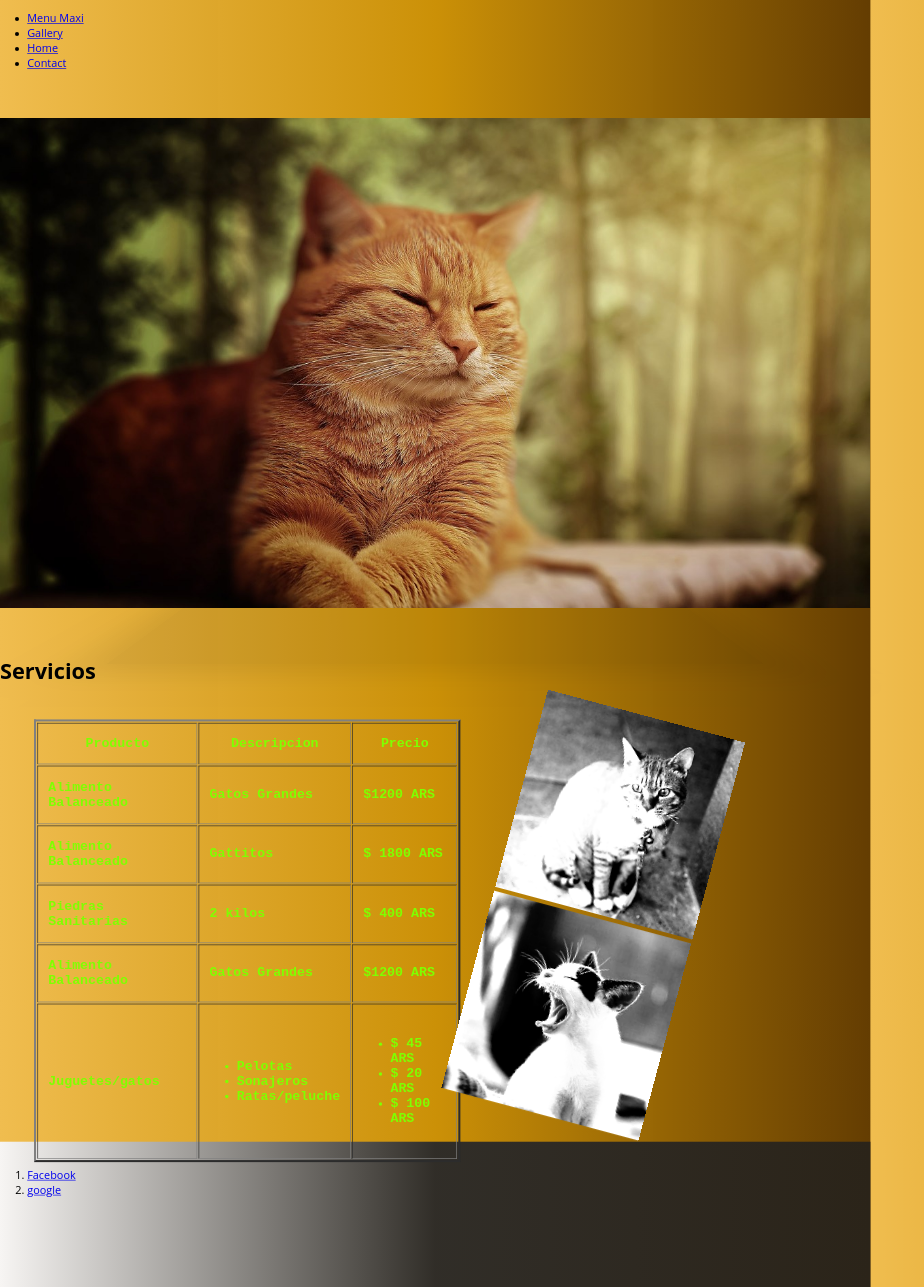
Repository: raul4264/final
Page: Services.html
The author's editor kept a copy of each file at every save. The page is drawn from the files as they stood at one save, then again after the next save.
The browser window is 1280 px wide. The page is 1359 px wide, then 1358 px, so the pictures cover 1359 px, including what lies to the right of the window. The pictures show the whole page, at 68% of full size.
The pointer rests on the first visible `.table`.

Above is the page before, as saved 2021-03-26 11:15:57.

### Services.html
<!DOCTYPE html>
<html lang="en">

<head>
    <meta charset="UTF-8">
    <meta http-equiv="X-UA-Compatible" content="IE=edge">
    <meta name="viewport" content="width=device-width, initial-scale=1.0">
    <title>Services</title>
    <link href="css/services.css" rel="stylesheet" type="text/css">
</head>

<body>
    <header>


        <nav>
            <nav>
                <ul class="uno">
                    <li class="item"><a href="menu_maxi.html">Menu Maxi</a></li>
                    <li class="item"><a href="Gallery.html">Gallery</a></li>
                    <li class="item"><a href="index.html">Home</a></li>
                    <li class="item"><a href="Contact.html">Contact</a></li>
                </ul>

            </nav>

        </nav>

    </header>
    <main>
        <div class="thumb">
            <a href="https://www.google.com/" target="_blank">
                  <span>Tambien visite...</span>
            </a>
      </div>

        <h1>Servicios</h1>
        <section  class="table">

            <table border="3px" cellpadding="15px">
                <tr>
                    <th>Producto</th>
                    <th>Descripcion</th>
                    <th>Precio</th>
                </tr>
                <tr>
                    <td>Alimento Balanceado</td>
                    <td>Gatos Grandes</td>
                    <td> $1200 ARS</td>
                </tr>
                <tr>
                    <td>Alimento Balanceado</td>
                    <td>Gattitos</td>
                    <td>$ 1800 ARS</td>
                </tr>
                <tr>
                    <td>Piedras Sanitarias</td>
                    <td>2 kilos</td>
                    <td>$ 400 ARS</td>
                </tr>
                <tr>
                    <td>Alimento Balanceado</td>
                    <td>Gatos Grandes</td>
                    <td>$1200 ARS</td>
                </tr>
                <tr>
                    <td>Juguetes/gatos</td>
                    <td>
                        <ul>
                            <li>Pelotas</li>
                            <li>Sonajeros</li>
                            <li>Ratas/peluche</li>
                        </ul>
                    </td>
                    <td>
                        <ul>
                            <li>$ 45 ARS</li>
                            <li>$ 20 ARS</li>
                            <li>$ 100 ARS</li>
                        </ul>
                    </td>
                </tr>
            </table>
            <br>
            <figure>
                <img src="images/3.jpg">
                <img src="images/2.jpg">

              </figure>
        </section>




    </main>


        <footer>
            <br>

            <ol>
                <li><a href="http://www.facebook.com" target="blanck">Facebook</a>

                </li>
                <li><a href="http://www.google.com" target="blanck">google</a>

                </li>
            </ol>
            <br>
        </footer>
</body>

</html>

### css/services.css


body{
	margin: 0;
    padding: 0;
    transition:all 3s ease-in-out;
}

img{
    width: 300px;
    filter: contrast(1.8) brightness(1.5) grayscale(1)
}

@import url(https://fonts.googleapis.com/css?family=Open+Sans);


body {

    /* background: linear-gradient(rgb(248, 217, 158), rgb(70, 46, 1)); */
    background: rgb(240,189,79);
background: linear-gradient(90deg, rgba(240,189,79,1) 0%, rgba(203,144,6,0.9948354341736695) 50%, rgb(100, 61, 2) 100%);
    font-family: 'Open Sans', sans-serif;
    height: 100vh;
    margin:0;
}

.thumb {
    width: 100vw;
    height: 100vh;
    margin: 70px auto;
    perspective: 1000px;
    transition:all 3s ease-in-out;
}

.thumb a {
    display: block;
    width: 100%;
    height: 100%;
    background: linear-gradient(rgba(0, 0, 0, 0.4), rgba(0, 0, 0, 0.4)),
		url("../images/1.jpg");
    background-size: 0, cover;
    transform-style: preserve-3d;
    transition: all 0.5s;
}

.thumb:hover a {
    transform: rotateX(80deg);
    transform-origin: bottom;
}
.thumb a:after {
    content: '';
    position: absolute;
    left: 0;
    bottom: 0;
    width: 100%;
    height: 36px;
    background: inherit;
    background-size: cover, cover;
    background-position: bottom;
    transform: rotateX(90deg);
    transform-origin: bottom;
}
.thumb a span {
    color: white;
    text-transform: uppercase;
    position: absolute;
    top: 100%;
    left: 0;
    width: 100%;
    font: bold 12px/36px "Open Sans";
    text-align: center;
    transform: rotateX(-89.99deg);
    transform-origin: top;
    z-index: 1;
}
.thumb a:before {
    content: '';
    position: absolute;
    top: 0;
    left: 0;
    width: 100%;
    height: 100%;
    background: rgba(0, 0, 0, 0.5);
    box-shadow: 0 0 100px 50px rgba(0, 0, 0, 0.5);
    transition: all 0.5s;
    opacity: 0.15;
    transform: rotateX(95deg) translateZ(-80px) scale(0.75);
    transform-origin: bottom;
}

.thumb:hover a:before {
    opacity: 1;
    box-shadow: 0 0 25px 25px rgba(0, 0, 0, 0.5);
    transform: rotateX(0) translateZ(-60px) scale(0.85);
}
.table{
    display: flex;
    transform:translate(50px, 30px) ;
}
.table:hover{
   font-weight: bolder;
   color: chartreuse;
   font-size: 1.5em;
   font-family: monospace;
}
figure{

    transform: rotate(15deg );
   /*  transform: translateX(129px); */
}
footer{
    height: 30vh;
    background: rgb(34, 34, 33);
    background: linear-gradient(90deg, rgb(247, 245, 243) 0%, rgba(48, 45, 40, 0.995) 50%, rgb(43, 36, 25) 100%);
}

After the next save:
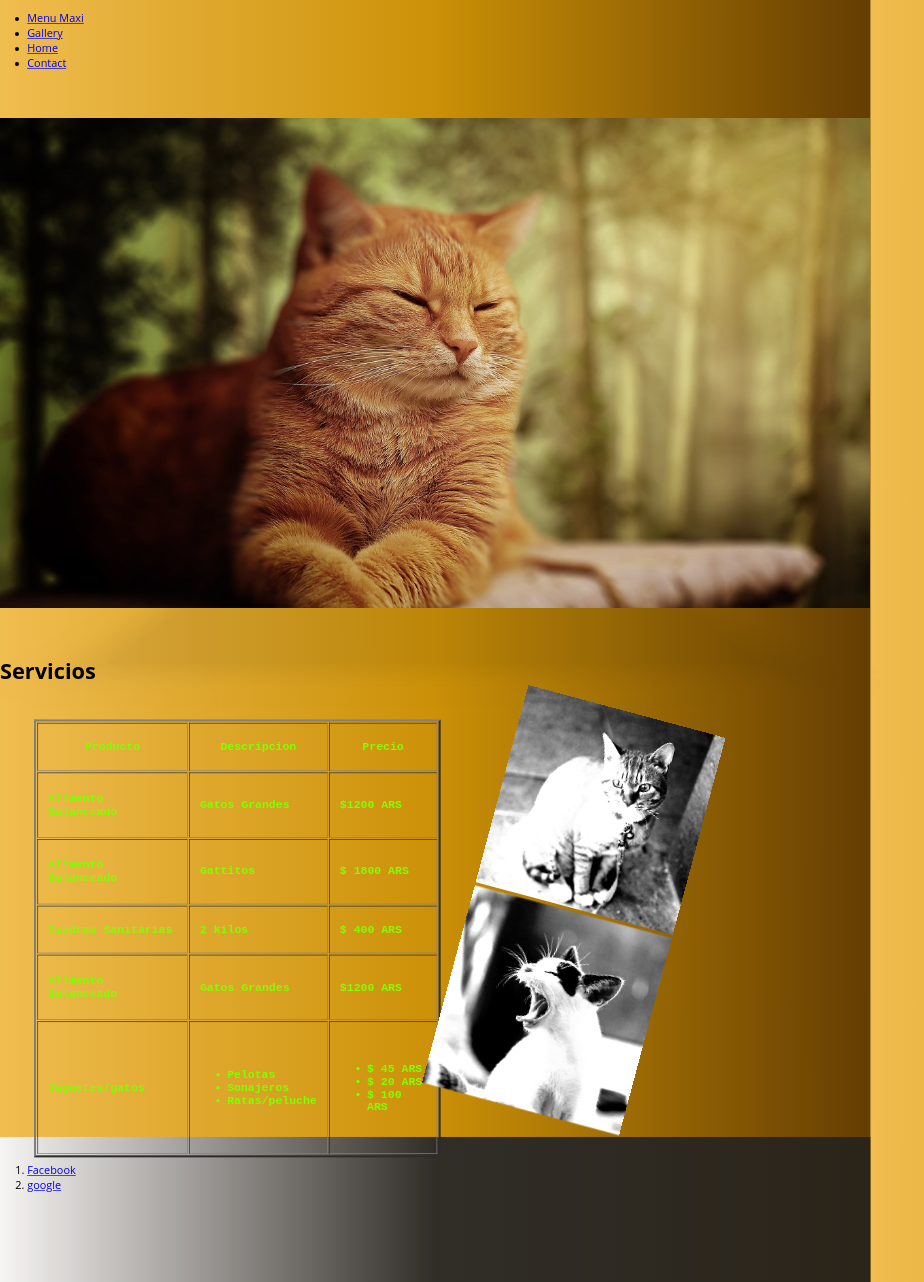
Saved 15 s later.
--- a/css/services.css
+++ b/css/services.css
@@ -100,7 +100,7 @@ background: linear-gradient(90deg, rgba(240,189,79,1) 0%, rgba(203,144,6,0.99483
 .table:hover{
    font-weight: bolder;
    color: chartreuse;
-   font-size: 1.5em;
+   font-size: 1.3em;
    font-family: monospace;
 }
 figure{
